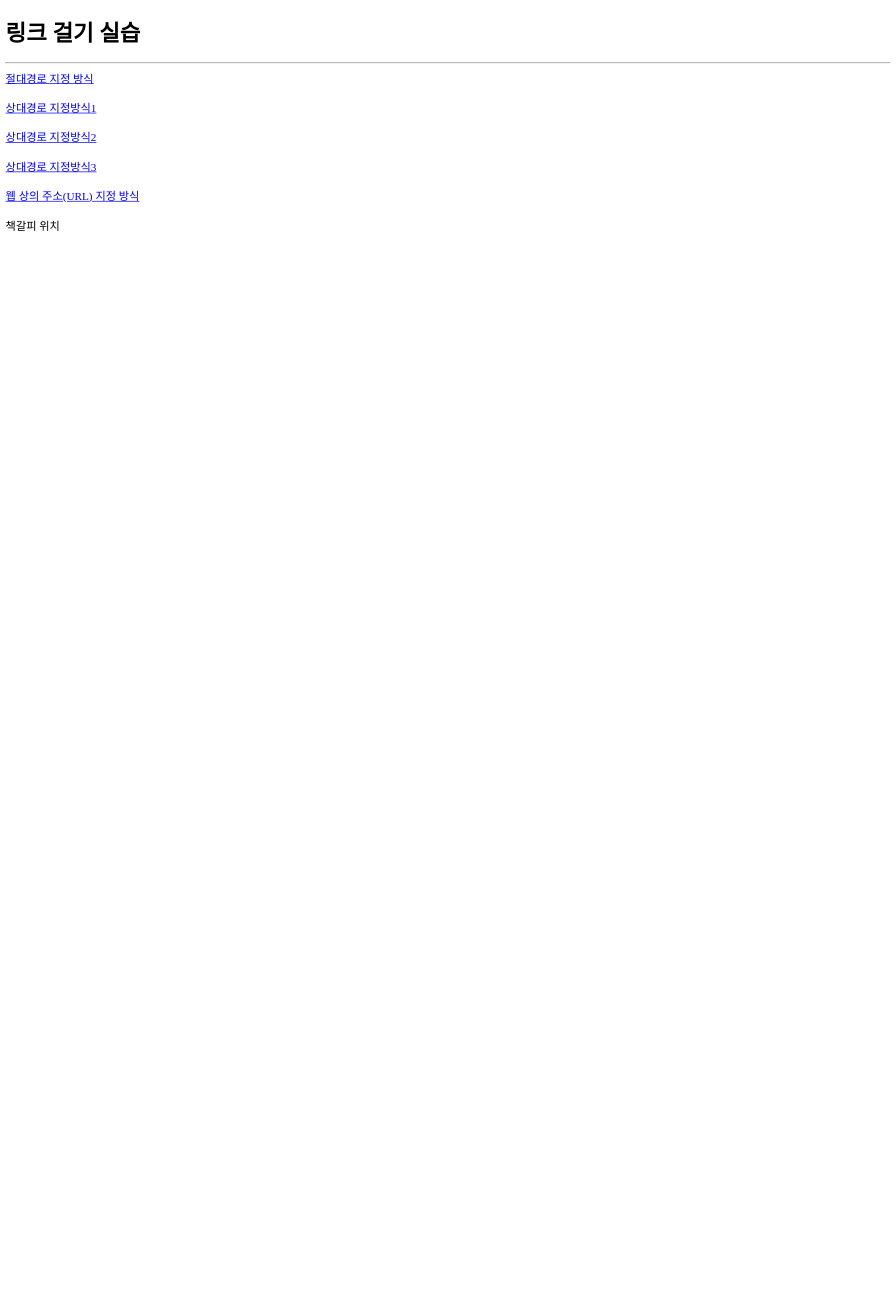
Repository: jp0301/WebStudy
Page: WebApp01/WebContent/Test010_1.html
An editor plug-in stored every save of this project. The page is shown before and after the next save, followed by the edit.
The browser window is 1280 px wide. The pictures show the whole page, at 70% of full size.

Above is the page before, as saved 2022-09-27 02:07:56.

After the next save:
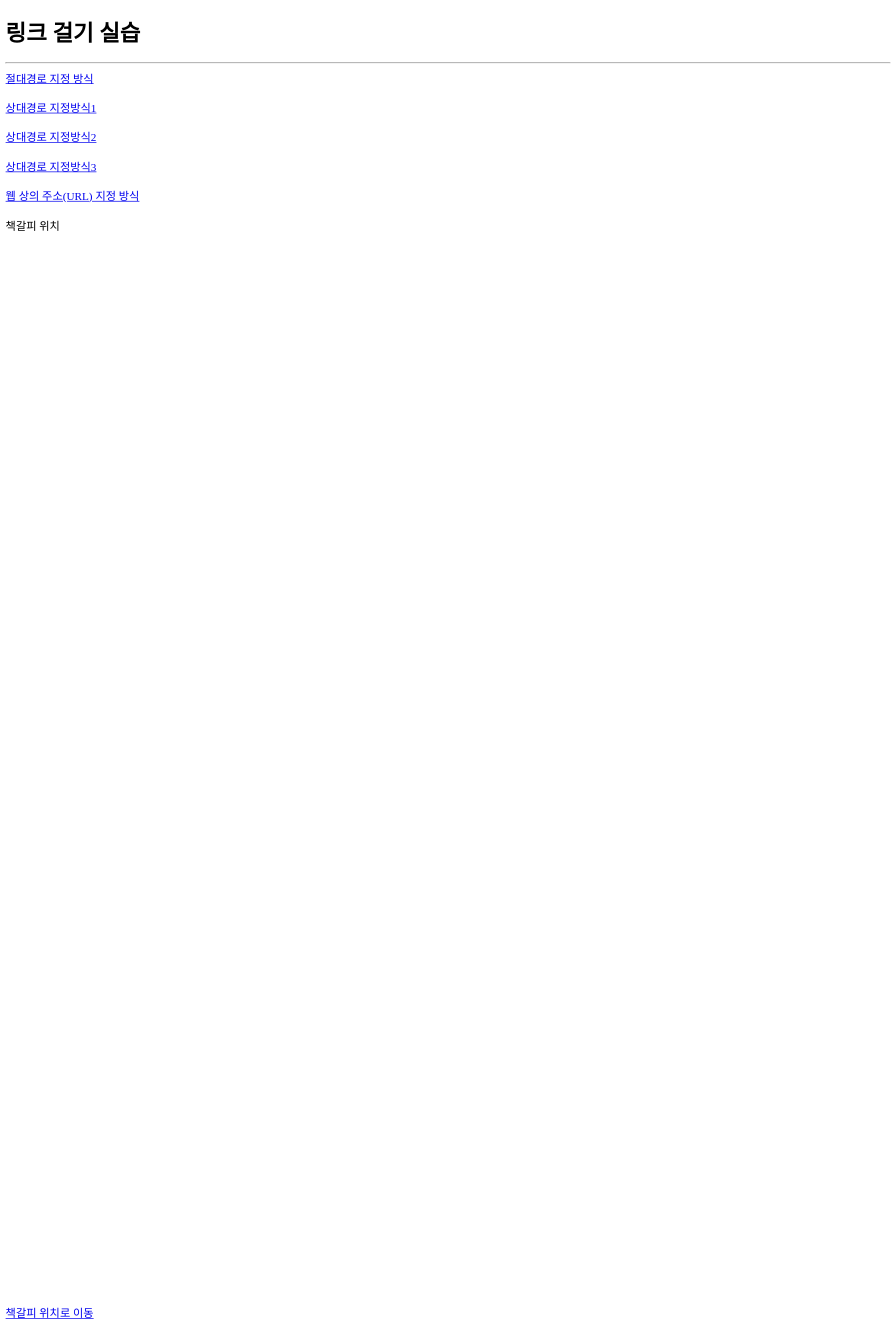
Saved 17 s later.
--- a/WebApp01/WebContent/Test010_1.html
+++ b/WebApp01/WebContent/Test010_1.html
@@ -31,10 +31,12 @@
 
 
 	<a name="top">책갈피 위치</a>
+
 	<br><br><br><br><br><br><br><br><br><br><br><br><br><br><br><br><br><br><br><br><br><br><br><br><br><br><br><br>
 	<br><br><br><br><br><br><br><br><br><br><br><br><br><br><br><br><br><br><br><br><br><br><br><br><br><br><br><br><br><br>
 	<br><br><br><br><br><br><br><br><br><br><br><br><br><br><br><br><br><br><br><br><br><br><br><br><br><br><br><br>
 
+	<a href="#top">책갈피 위치로 이동</a>
 
 </div>
 
